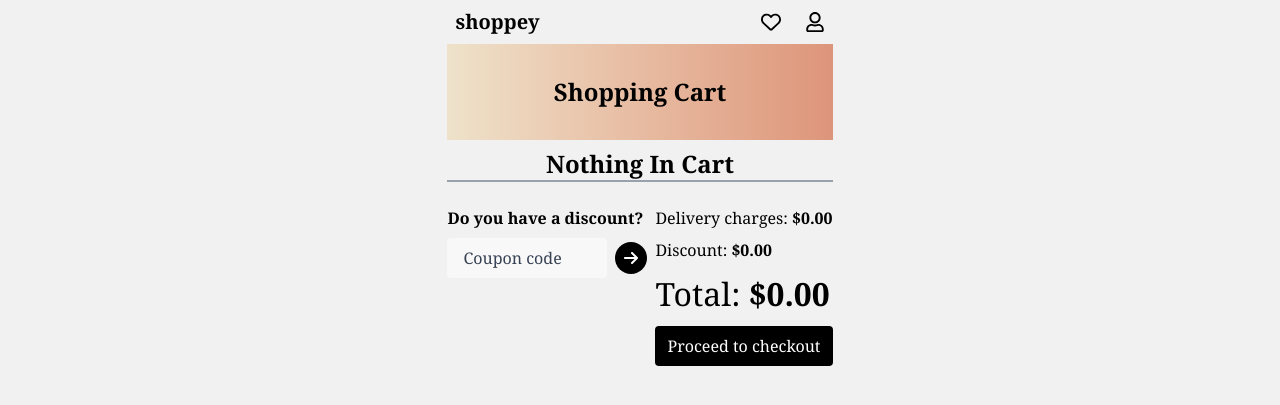
Repository: rimsha-shoukat/shoppey-E-commerce-app
Page: /#/Cart
An editor plug-in stored every save of this project. The page is shown before and after a run of saves, followed by the edit.
The browser window is 1280 px wide. The pictures show the whole page.
The project was rebuilt for these pictures with package versions that can differ from the ones it lists, and the page was loaded fresh each time. Also part of the build but not shown: vite.config.js, src/components/AllProducts.jsx, src/components/ProductDetail.jsx.

Above is the page before, as saved 2025-09-01 14:54:44.

### index.html
<!doctype html>
<html lang="en">
  <head>
    <meta charset="UTF-8" />
    <link rel="icon" type="image/png" href="/logo.png" />
    <meta name="viewport" content="width=device-width, initial-scale=1.0" />
    <title>shoppey</title>
  </head>
  <body>
    <div id="root"></div>
    <script type="module" src="/src/main.jsx"></script>
  </body>
</html>

### src/main.jsx
import { StrictMode } from 'react'
import { createRoot } from 'react-dom/client'
import './index.css'
import App from './App.jsx'
import { HashRouter } from "react-router";

// npm run dev

createRoot(document.getElementById('root')).render(
  <HashRouter>
  <StrictMode>
    <App />
  </StrictMode>
  </HashRouter>,
)

### src/App.jsx
import './App.css';
import { React, lazy, Suspense } from 'react';
import { Routes, Route } from 'react-router-dom';

// Lazy load components
const Landing = lazy(() => import('./components/Landing.jsx'));
const Discount = lazy(() => import('./components/Discount.jsx'));
const Collection = lazy(() => import('./components/newCollection.jsx'));
const BestSeller = lazy(() => import('./components/BestSeller.jsx'));
const Deal = lazy(() => import('./components/Deal.jsx'));
const Product = lazy(() => import('./components/Product.jsx'));
const About = lazy(() => import('./components/About.jsx'));
const Social = lazy(() => import('./components/Social.jsx'));
const SignIU = lazy(() => import('./components/SignIU.jsx'));
const AllProducts = lazy(() => import('./components/AllProducts.jsx'));
const ProductDetail = lazy(() => import('./components/ProductDetail.jsx'));
const Cart = lazy(() => import('./components/Cart.jsx'));
const Save = lazy(() => import('./components/Save.jsx'));

function App(){
  return(
    <>
     <Routes>
      <Route path="/" element={
        <>
          <Suspense fallback={<div>Loading...</div>}>
            <Landing />
            <Discount />
            <Collection />
            <BestSeller />
            <Deal />
            <Product />
            <About />
            <Social />
          </Suspense>
        </>
      } />
      <Route path="/SignIU" element={
            <Suspense fallback={<div>Loading...</div>}>
              <SignIU />
            </Suspense>
          } />
      <Route path="/AllProducts" element={
            <Suspense fallback={<div>Loading...</div>}>
              <AllProducts />
            </Suspense>
          } />
      <Route path="/AllProducts/:param" element={
            <Suspense fallback={<div>Loading...</div>}>
              <AllProducts />
            </Suspense>
          } />
      <Route path="/ProductDetail/:id" element={
            <Suspense fallback={<div>Loading...</div>}>
              <ProductDetail />
            </Suspense>
          } />
      <Route path="/Cart" element={
            <Suspense fallback={<div>Loading...</div>}>
              <Cart />
            </Suspense>
          } />
      <Route path="/Save" element={
            <Suspense fallback={<div>Loading...</div>}>
              <Save />
            </Suspense>
          } />
     </Routes>
    </>
  )
}

export default App;

### src/App.css
@import "tailwindcss";

body{
    margin:0;
    padding:0;
    width:100%;
    height:auto;
    background-color: #f1f1f1;
    display: flex;
    flex-direction: column;
    align-items: center;
    justify-content: center;
    font-family: serif;
}

### src/components/Cart.jsx
import React, { useState, useEffect } from 'react';
import { Link } from 'react-router-dom';
import { FaRegUser } from "react-icons/fa";
import { FiMinus } from "react-icons/fi";
import { FaPlus } from "react-icons/fa6";
import { FaRegHeart } from "react-icons/fa6";
import { FaArrowRight } from "react-icons/fa6";
import { RxCross2 } from "react-icons/rx";
import { CartItems } from "./ProductDetail.jsx";

const Carts = ({cartItemsList, setCartItemsList}) => {

    useEffect(() => {
    }, [cartItemsList]);

    const remove = (id) =>{
        const itemIndex = cartItemsList.findIndex(product => product.id === id);
        if (itemIndex !== -1) {
            const item = cartItemsList[itemIndex];
            const updatedItems = [...cartItemsList];
            updatedItems.splice(itemIndex, 1);
            setCartItemsList(updatedItems);
            alert(`Removed ${item.name} from cart`);
        }
    }

    if(cartItemsList.length === 0){
        return (
            <section className="w-[100%] h-auto flex flex-col items-center justify-center">
                <h1 className="text-2xl font-bold">Nothing In Cart</h1>
            </section>
        )
    }

    function setItemQuantity(id, quantity) {
        const itemIndex = cartItemsList.findIndex(product => product.id === id);
        if (itemIndex !== -1) {
            const updatedItems = [...cartItemsList];
            updatedItems[itemIndex].quantity = quantity;
            setCartItemsList(updatedItems);
        }
    }

    return (
        <section className="w-[100%] h-auto flex flex-col items-center justify-center">
           {cartItemsList.map((item) => (
            <div key={item.id} className="w-[100%] flex flex-row items-center justify-center py-6 max-[350px]:py-2 gap-4 border-t-2 border-t-gray-400">
                    <Link key={item.id} to={`/ProductDetail/${item.id}`}>
                        <img className="w-[6rem] h-[6rem] rounded-sm" src={item.src} alt="cartItem" loading="lazy" />
                    </Link>
                        <div className="flex flex-row items-start justify-between gap-2 max-[350px]:gap-0 max-[500px]:flex-col">
                            <div className="flex flex-col items-start justify-start gap-6 max-[750px]:gap-2 max-[500px]:gap-0">
                                <h1 className="font-bold text-[1.2rem] leading-5 max-[350px]:text-[0.95rem] w-[20rem] max-[760px]:w-[15rem] max-[600px]:w-[10rem] max-[500px]:w-[15rem] max-[370px]:w-[11rem] max-[760px]:text-[1rem]">{item.name}</h1>
                                <div className="flex flex-row gap-4">
                                <p className="text-sm max-[350px]:text-xs">Size: {item.size}</p>
                                <p className="text-sm max-[350px]:text-xs">${item.price}</p>
                                </div>
                            </div>
                            <div className="flex flex-row items-center justify-center gap-[1rem] max-[350px]:gap-[0.75rem]">
                                <h1 className="font-bold max-[350px]:font-semibold max-[350px]:text-sm">${(item.quantity * item.price).toFixed(2)}</h1>
                                <div className="flex flex-row item-center justify-center gap-[1rem] max-[500px]:gap-[0.5rem] border-y-2 border-white p-2 max-[350px]:p-0 max-[350px]:border-none leading-4">
                                <FiMinus onClick={item.quantity >= 2 ? () => setItemQuantity(item.id, item.quantity - 1) : null} className="cursor-pointer hover:text-gray-700 max-[350px]:text-sm"/>
                                    <h1 className="text-[1.2rem] max-[350px]:text-md">{item.quantity}</h1>
                                <FaPlus onClick={item.quantity < 10 ? () => setItemQuantity(item.id, item.quantity + 1) : null} className="cursor-pointer hover:text-gray-700 max-[350px]:text-sm"/>
                                </div>
                                <RxCross2 onClick={() => remove(item.id)} className="cursor-pointer hover:text-red-800" />
                            </div>
                        </div>
                    </div>
           ))}
        </section>
    )
}

function Cart(){
    const [cartItemsList, setCartItemsList] = useState(CartItems || []);
    const [discount, setDiscount] = useState(cartItemsList.length * 7);
    const [delivery, setDelivery] = useState(cartItemsList.length * 4);
    let total = 0;
    useEffect(() => {
        if(cartItemsList.length === 0){
            setDiscount(0);
            setDelivery(0);
            setBill(0);
        }else{
            for(let i = 0; i < cartItemsList.length; i++){
            cartItemsList.forEach((item) => {
                total = total + (item.price * item.quantity);
            },)}
            setDiscount(cartItemsList.length * 7);
            setDelivery(cartItemsList.length * 4);
            setBill((total + delivery) - discount);
        }

    }, [cartItemsList]);

    const [bill, setBill] = useState( (total + delivery) - discount );

    return(
        <>
            <div className="w-[100%] h-auto font-serif flex flex-col items-center justify-between select-none px-4 max-[350px]:px-2">
                <section className="flex flex-row items-center py-2 px-2 justify-between w-[100%] h-auto">
                    <Link to="/">
                      <button className="font-extrabold font-serif text-xl cursor-pointer hover:text-gray-700">shoppey</button>
                    </Link>
                    <div className="flex flex-row items-center justify-center gap-6 text-xl">
                        <Link to="/Save">
                        <FaRegHeart className="cursor-pointer hover:text-gray-500" />
                        </Link>
                        <FaRegUser className="cursor-pointer hover:text-gray-500" />
                    </div>
                </section>
                <section className="mb-2 flex flex-col items-center justify-center w-[100%] p-8 h-auto bg-linear-to-l from-[#dd957a] to-[#eee2ca]">
                    <h1 className="font-bold text-2xl">Shopping Cart</h1>
                </section>
                <section className="w-[100%] h-auto flex flex-col items-center justify-center">
                    <Carts cartItemsList={cartItemsList} setCartItemsList={setCartItemsList} />
                    {/* <div className="w-[100%] flex flex-row items-center justify-between py-6 max-[350px]:py-2 gap-4 max-[350px]:gap-2 border-t-2 border-t-gray-400">
                        <img className="w-[5rem] h-[5rem] rounded-sm" src={img1} />
                        <div className="flex flex-row items-start justify-start gap-[6rem] max-[600px]:gap-[3rem] max-[500px]:gap-2 max-[500px]:flex-col">
                            <div className="flex flex-col items-start justify-start gap-2">
                                <h1 className="font-bold text-[1.2rem] leading-4 max-[350px]:text-[0.95rem]">Jeans with pockets</h1>
                                <div className="flex flex-row gap-4">
                                <p className="text-sm max-[350px]:text-xs">Size: M</p>
                                <p className="text-sm max-[350px]:text-xs">$450.98</p>
                                </div>
                            </div>
                            <div className="flex flex-row items-center justify-center gap-[1rem] max-[350px]:gap-[0.75rem]">
                                <h1 className="font-bold max-[350px]:font-semibold max-[350px]:text-sm">$901.96</h1>
                                <div className="flex flex-row item-center justify-center gap-[1rem] max-[500px]:gap-[0.5rem] border-y-2 border-white p-2 max-[350px]:p-0 max-[350px]:border-none leading-4">
                                <FiMinus className="cursor-pointer hover:text-gray-700 max-[350px]:text-sm"/>
                                    <h1 className="text-[1.2rem] max-[350px]:text-md">1</h1>
                                    <FaPlus className="cursor-pointer hover:text-gray-700 max-[350px]:text-sm"/>
                                </div>
                                <RxCross2 className="cursor-pointer hover:text-red-800" />
                            </div>
                        </div>
                    </div> */}

                    <div className="w-[100%] flex flex-row max-[500px]:flex-col items-start max-[500px]:items-center gap-2 max-[500px]:gap-4 justify-between py-6 border-t-2 border-t-gray-400">
                        <div className="w-[100%] flex flex-col items-start justify-start gap-2">
                            <h1 className="font-semibold">Do you have a discount?</h1>
                            <div className="flex flex-row gap-2 items-center justify-center">
                            <input type="text" placeholder="Coupon code" className="w-[10rem] h-[2.5rem] px-4 rounded-sm border-gray-300 bg-white/50 text-black placeholder:text-gray-700 focus:outline-none focus:ring-2 focus:ring-[#b48068]" />
                            <FaArrowRight className="w-[2rem] h-[2rem] text-white cursor-pointer p-2 bg-black rounded-full" />
                            </div>
                        </div>
                        <div className="w-[100%] flex flex-col gap-2 items-start justify-start">
                            <h1>Delivery charges: <span className="font-bold">${delivery.toFixed(2)}</span></h1>
                            <h1>Discount: <span className="font-bold">${discount.toFixed(2)}</span></h1>
                            <h1 className="text-[2rem] max-[350px]:text-[1rem]">Total: <span className="font-bold">${bill.toFixed(2)}</span></h1>
                            <button className="w-[100%] bg-black text-white rounded-sm cursor-pointer py-2">Proceed to checkout</button>
                        </div>
                    </div>

                </section>
            </div>
        </>
    )
}

export default Cart;

Loaded but not shown: src/index.css (no stored copy; drawn as an empty file)

After the next 2 saves:
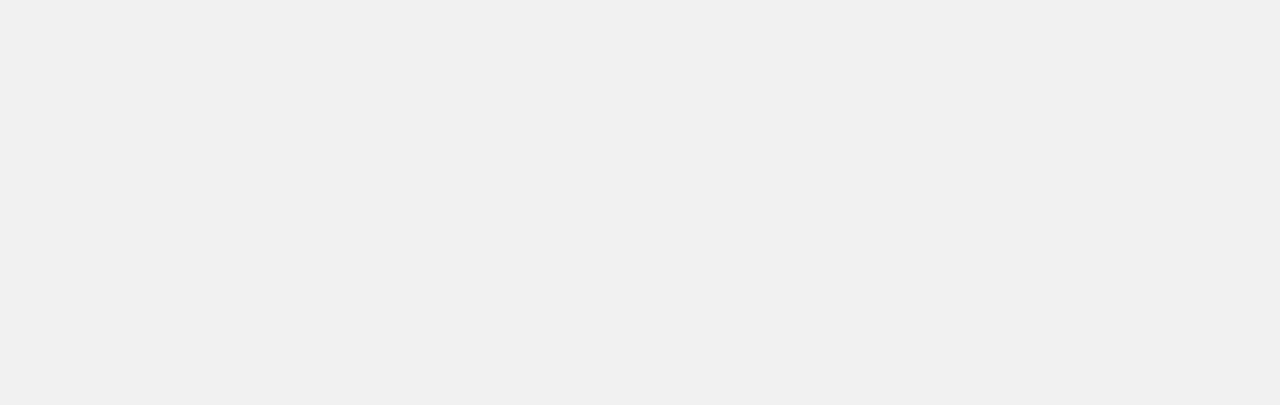
Console error: ReferenceError: img1 is not defined
The 2 saves are shown as one change because 1 did not build or start.
The last was saved 20 s later.
--- a/src/components/Cart.jsx
+++ b/src/components/Cart.jsx
@@ -115,7 +115,6 @@
                 </section>
                 <section className="w-[100%] h-auto flex flex-col items-center justify-center">
                     <Carts cartItemsList={cartItemsList} setCartItemsList={setCartItemsList} />
-                    {/* <div className="w-[100%] flex flex-row items-center justify-between py-6 max-[350px]:py-2 gap-4 max-[350px]:gap-2 border-t-2 border-t-gray-400">
                         <img className="w-[5rem] h-[5rem] rounded-sm" src={img1} />
                         <div className="flex flex-row items-start justify-start gap-[6rem] max-[600px]:gap-[3rem] max-[500px]:gap-2 max-[500px]:flex-col">
                             <div className="flex flex-col items-start justify-start gap-2">
@@ -135,7 +134,6 @@
                                 <RxCross2 className="cursor-pointer hover:text-red-800" />
                             </div>
                         </div>
-                    </div> */}
 
                     <div className="w-[100%] flex flex-row max-[500px]:flex-col items-start max-[500px]:items-center gap-2 max-[500px]:gap-4 justify-between py-6 border-t-2 border-t-gray-400">
                         <div className="w-[100%] flex flex-col items-start justify-start gap-2">

After the 4 saves that followed:
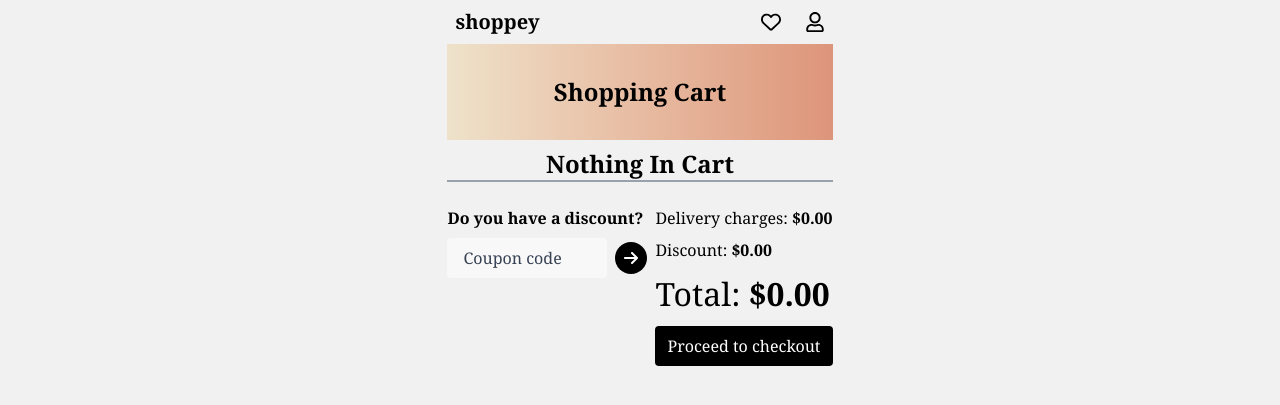
The error is gone.
The 4 saves are shown as one change because they came seconds apart.
The last was saved 19 s later.
--- a/src/components/Cart.jsx
+++ b/src/components/Cart.jsx
@@ -115,6 +115,7 @@
                 </section>
                 <section className="w-[100%] h-auto flex flex-col items-center justify-center">
                     <Carts cartItemsList={cartItemsList} setCartItemsList={setCartItemsList} />
+                    {/* <div className="w-[100%] flex flex-row items-center justify-between py-6 max-[350px]:py-2 gap-4 max-[350px]:gap-2 border-t-2 border-t-gray-400">
                         <img className="w-[5rem] h-[5rem] rounded-sm" src={img1} />
                         <div className="flex flex-row items-start justify-start gap-[6rem] max-[600px]:gap-[3rem] max-[500px]:gap-2 max-[500px]:flex-col">
                             <div className="flex flex-col items-start justify-start gap-2">
@@ -134,6 +135,7 @@
                                 <RxCross2 className="cursor-pointer hover:text-red-800" />
                             </div>
                         </div>
+                    </div> */}
 
                     <div className="w-[100%] flex flex-row max-[500px]:flex-col items-start max-[500px]:items-center gap-2 max-[500px]:gap-4 justify-between py-6 border-t-2 border-t-gray-400">
                         <div className="w-[100%] flex flex-col items-start justify-start gap-2">
